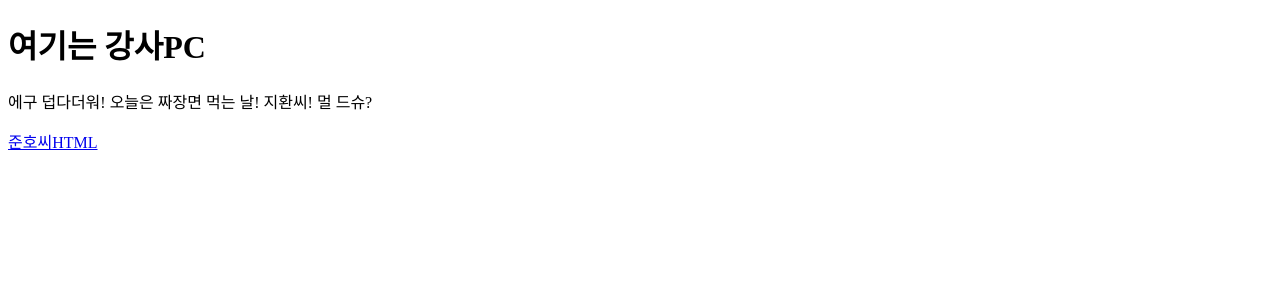
Repository: Sanetuk/jspprojects
Page: myweb/src/main/webapp/myhtml.html
These files come from the project's save history. The page is drawn as it stood at one moment and after the next save; the edit follows.
The browser window is 1280 px wide. The pictures show the whole page.

Above is the page before, as saved 2024-08-06 02:27:50.

After the next save:
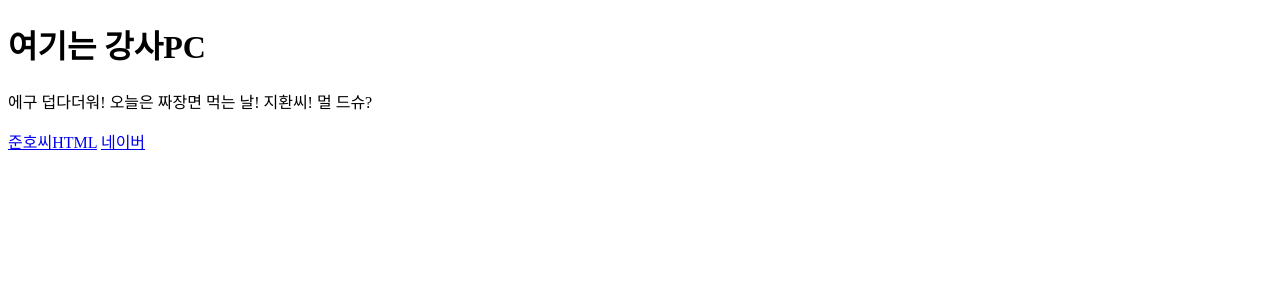
Saved 82 s later.
--- a/myweb/src/main/webapp/myhtml.html
+++ b/myweb/src/main/webapp/myhtml.html
@@ -8,5 +8,6 @@
 	<h1>여기는 강사PC</h1>
 	<p>에구 덥다더워! 오늘은 짜장면 먹는 날! 지환씨! 멀 드슈?</p>
 	<a href="http://172.168.10.11:9000/myweb/myhtml.html">준호씨HTML</a>
+	<a href="http://www.naver.com">네이버</a>
 </body>
 </html>
